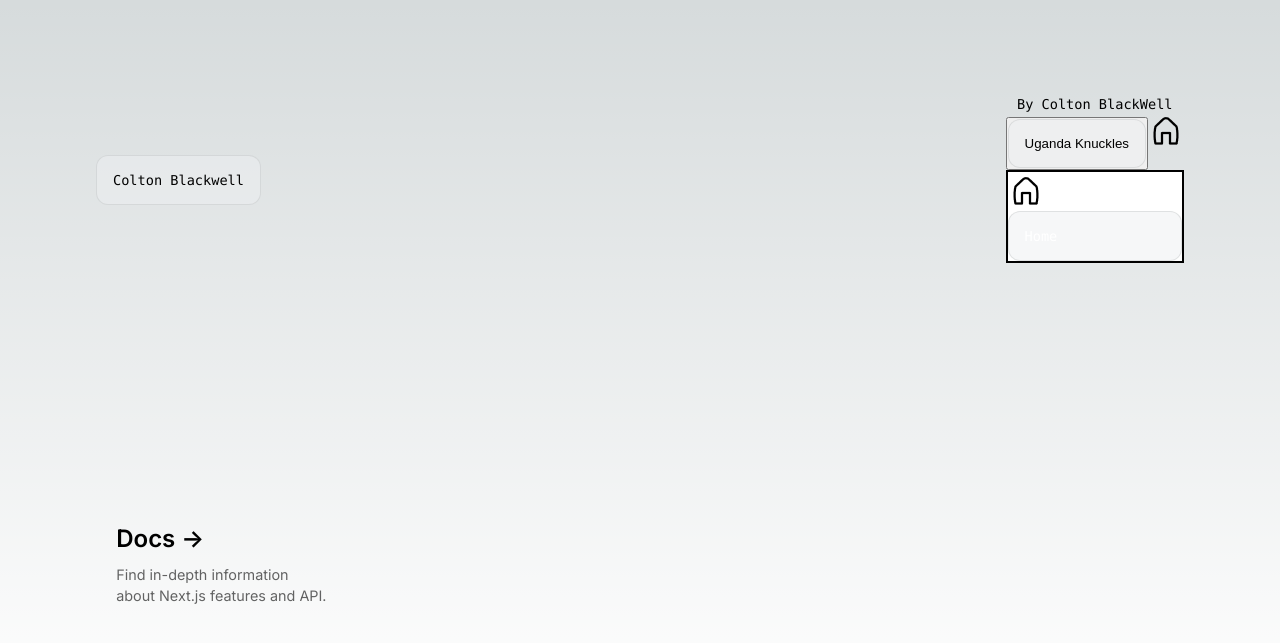
Repository: coltonBlackwell/Music_Quiz
Page: /
These files come from the project's save history. The page is drawn as it stood at one moment and after the next save; the edit follows.
The browser window is 1280 px wide. The pictures show the whole page.
The project was rebuilt for these pictures with package versions that can differ from the ones it lists, and the page was loaded fresh each time. The framework's server and built-in components were replaced by stand-ins that run in the browser. Also part of the build but not shown: next.config.mjs.

Above is the page before, as saved 2024-06-30 14:30:53.

After the next save:
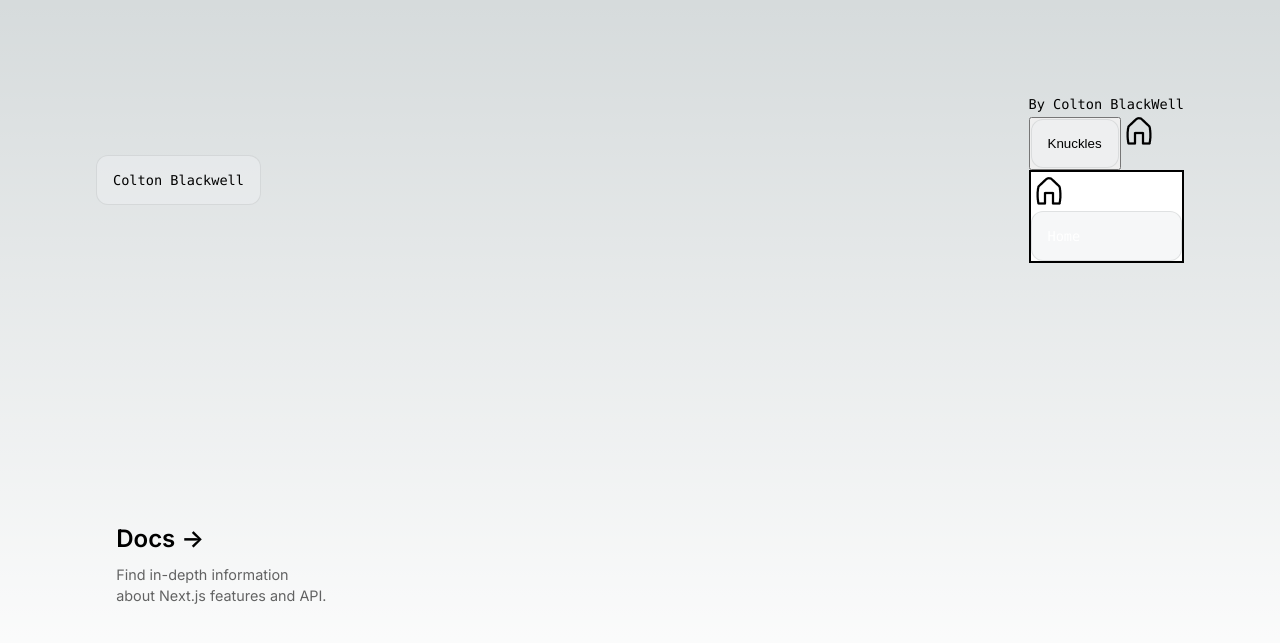
Saved 6 s later.
--- a/components/atoms/retake_Button.tsx
+++ b/components/atoms/retake_Button.tsx
@@ -1,7 +1,7 @@
 export default function Retake_Button(){
     return(
         <button>
-            <p>Uganda Knuckles</p>
+            <p>Knuckles</p>
         </button>
     );
 }
